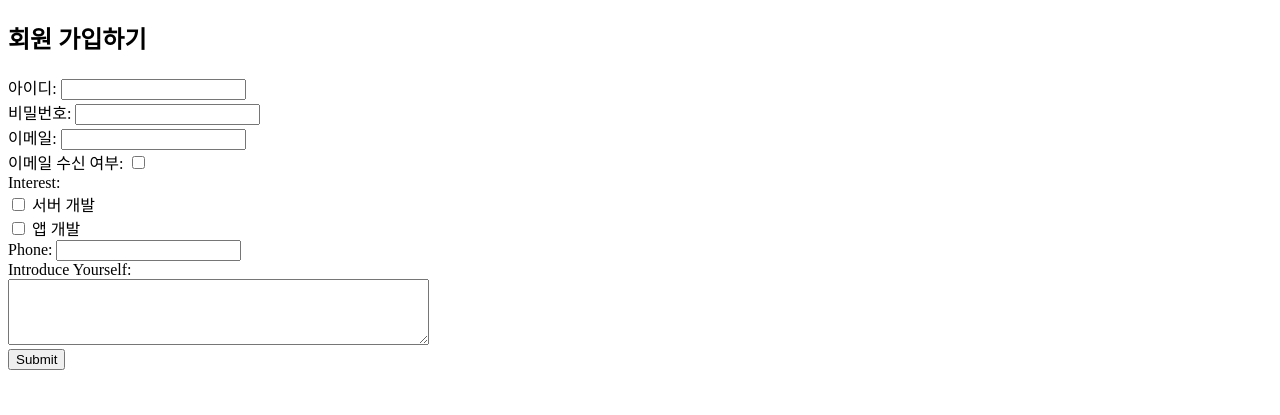
Repository: dnwpdud/WEB_CODES
Page: http://localhost/Web06_JSP_Servlet/ch21/register.jsp
These files come from the project's save history. The page is drawn as it stood at one moment and after the next save; the edit follows.
The browser window is 1280 px wide. The pictures show the whole page.
The page is served by Tomcat 9. Other server files are loaded and not shown.

Above is the page before, as saved 2024-04-03 05:02:19.

### Web06_JSP_Servlet/src/main/webapp/ch21/register.jsp
<%@ page language="java" contentType="text/html; charset=UTF-8"
    pageEncoding="UTF-8"%>
<!DOCTYPE html>
<html>
<head>
<meta charset="UTF-8">
<title>회원 가입</title>
</head>
<body>
	<h2>회원 가입하기</h2>
	<form action="../register.do" method="post">

	<label for="userid">아이디:</label>
    <input type="text" id="userid" name="userid" required><br>

    <label for="password">비밀번호:</label>
    <input type="password" id="password" name="password" required><br>

    <label for="email">이메일:</label>
    <input type="email" id="email" name="email" required><br>

    <label for="emailAgree">이메일 수신 여부:</label>
    <input type="checkbox" id="emailAgree" name="emailAgree" value="agree"><br>

    <label for="interest">Interest:</label><br>
    <input type="checkbox" id="interest1" name="interest" value="서버개발">
    <label for="interest1">서버 개발</label><br>
    <input type="checkbox" id="interest2" name="interest" value="앱 개발">
    <label for="interest2">앱 개발</label><br>

    <!-- Add more interest checkboxes as needed -->

    <label for="phone">Phone:</label>
    <input type="tel" id="phone" name="phone"><br>

    <label for="introduce">Introduce Yourself:</label><br>
    <textarea id="introduce" name="introduce" rows="4" cols="50"></textarea><br>

    <input type="submit" value="Submit">

	</form>



</body>
</html>

After the next save:
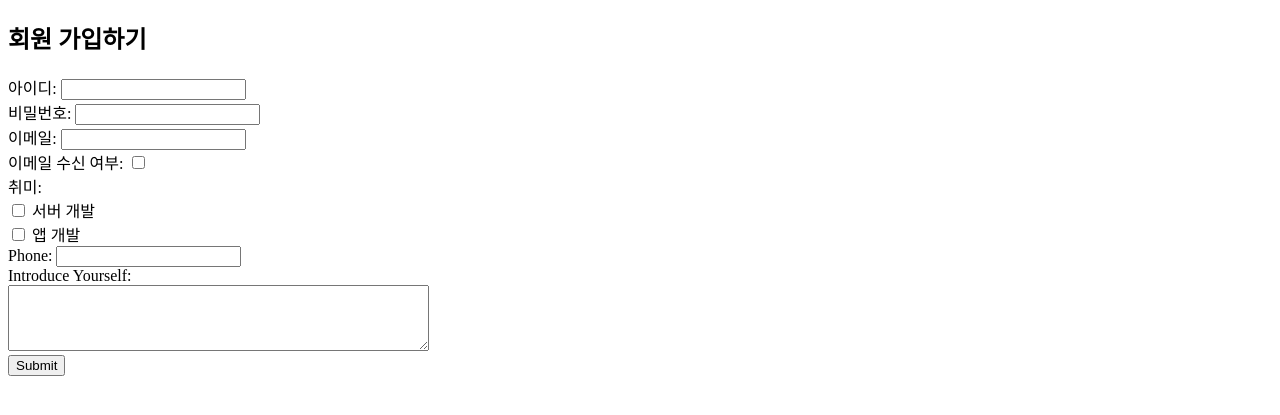
Saved 4 s later.
--- a/Web06_JSP_Servlet/src/main/webapp/ch21/register.jsp
+++ b/Web06_JSP_Servlet/src/main/webapp/ch21/register.jsp
@@ -22,7 +22,7 @@
     <label for="emailAgree">이메일 수신 여부:</label>
     <input type="checkbox" id="emailAgree" name="emailAgree" value="agree"><br>
 
-    <label for="interest">Interest:</label><br>
+    <label for="interest">취미:</label><br>
     <input type="checkbox" id="interest1" name="interest" value="서버개발">
     <label for="interest1">서버 개발</label><br>
     <input type="checkbox" id="interest2" name="interest" value="앱 개발">
